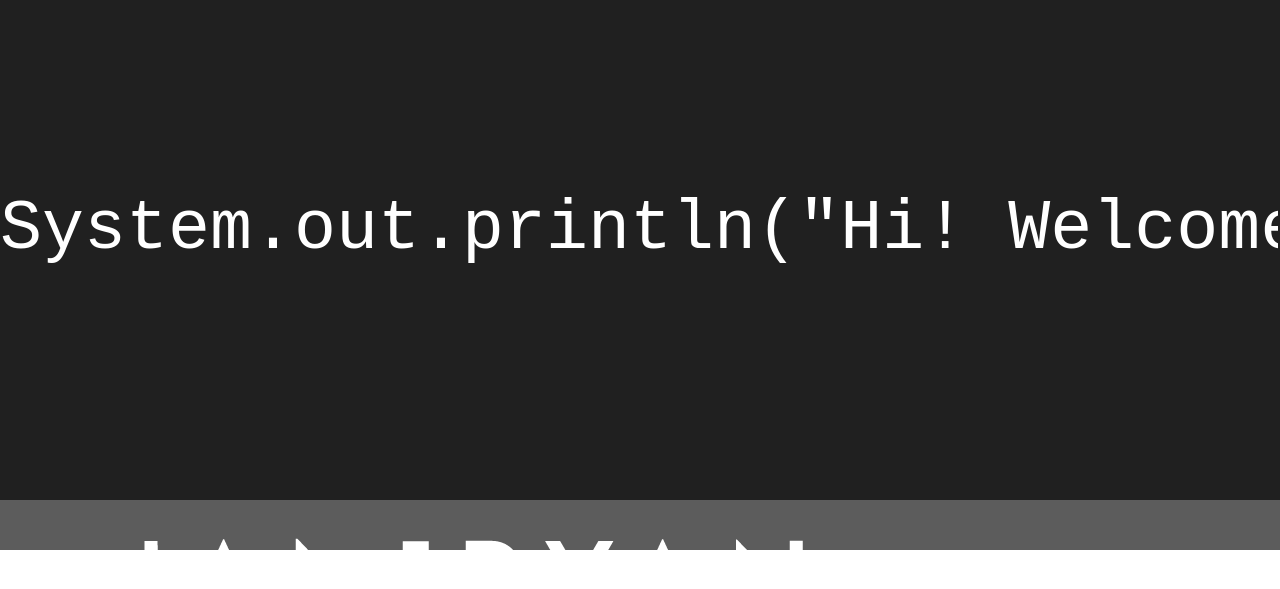
Repository: janry-gracia/Divinagracia_FinalProject
Page: Pages/storyofmylife.html
An editor plug-in stored every save of this project. The page is shown before and after the next save, followed by the edit.
The browser window is 1280 px wide. The pictures show the whole page.

Above is the page before, as saved 2021-05-18 00:09:41.
Console error: TypeError: Cannot read properties of null (reading 'addEventListener')

### Pages/storyofmylife.html
<!DOCTYPE html>
<html lang="en">
<head>
    <meta charset="UTF-8">
    <meta http-equiv="X-UA-Compatible" content="IE=edge">
    <meta name="viewport" content="width=device-width, initial-scale=1.0">
    <title>Story of My Life</title>
    <link rel="stylesheet" href="/css/bootstrap.css">
    <link rel="stylesheet" href="/css/storyofmylife.css">
</head>
<body>

    <div class="container-fluid ">

        <div class="container-fluid message">
            <p class="message typewriter">System.out.println("Hi! Welcome to my LIFE.")</p>
        </div>

        <nav class="nav navbar-expand-md position-sticky">
            <div class="container-fluid">
                <a href="#" class="navbar-brand"><img src="/Pictures/logo.png" alt="Picture of My logo"></a>
            </div>
        </nav>




    </div>


    <script src ="/js/jquery-3.6.0.min.js"></script>
    <script src="/js/bootstrap.js"></script>
    <script src="/js/script.js"></script>

</body>
</html>

### css/storyofmylife.css
@import url('https://fonts.googleapis.com/css2?family=Fira+Code:wght@300;400;500&display=swap');

*{
    padding: 0;
    margin: 0;
    box-sizing: border-box;
}

html, body{
    height: 100%;
    width: 100%;
    overflow: hidden;

}

.container-fluid{
    padding: 0;
    margin: 0;
    box-sizing: border-box;
}

div.message{
    height: 500px;
    background-color: rgb(32, 32, 32);
    text-align: center;

}

p.message{
    margin-top: 180px;
    font-family: 'Fire Code', monospace;
    font-size: 5em;
    font-weight: 200;
    color: white;
    border-right: solid 2px rgb(255, 255, 255);
    white-space: nowrap;
    overflow: hidden;
    animation: animated-text 4s steps(45,end) 1s 1 normal both ,
               animated-cursor 1000ms steps(45,end) infinite alternate;
}

.nav{
    background-color: rgb(92, 92, 92);
}



  /* Animation */
  @keyframes animated-text{
    from{width: 0%;}
    to{width: 100%;}
  }

  /* cursor animations */

  @keyframes animated-cursor{
    from{border-right-color: rgb(255, 255, 255);}
    to{border-right-color: transparent;}
  }

### js/script.js
let btn1= document.querySelector(".box1");
let btn2 = document.querySelector(".box2");
let text = document.querySelector(".greeting");
let frontpage = document.querySelector(".frontpage");
let secondpage = document.querySelector(".secondpage");
let button = document.querySelector(".button");
let logo = document.querySelector(".logo");



btn1.addEventListener("click", function() {
    btn1.classList.add("box1transition");
    btn1.style.transition = "transform 3s";
    btn2.classList.add("box2transition");
    btn2.style.transition = "transform 3s";
    text.style.animationName = "hidecontent";

    setTimeout(function () {
        window.open('Pages/backpage.html', '_self');
    }, 2500);

});


btn2.addEventListener("click", function() {
    btn1.classList.add("box1transition");
    btn1.style.transition = "transform 3s";
    btn2.classList.add("box2transition");
    btn2.style.transition = "transform 3s";
    text.style.animationName = "hidecontent";
    setTimeout(function () {
        window.open('Pages/backpage.html', '_self');
    }, 2500);

});


text.addEventListener("click", function() {
    btn1.classList.add("box1transition");
    btn1.style.transition = "transform 3s";
    btn2.classList.add("box2transition");
    btn2.style.transition = "transform 3s";
    text.style.animationName = "hidecontent";
    setTimeout(function () {
        window.open('Pages/backpage.html', '_self');
    }, 2500);

});

Loaded but not shown: css/bootstrap.css (library); js/jquery-3.6.0.min.js (library); js/bootstrap.js (library)

After the next save:
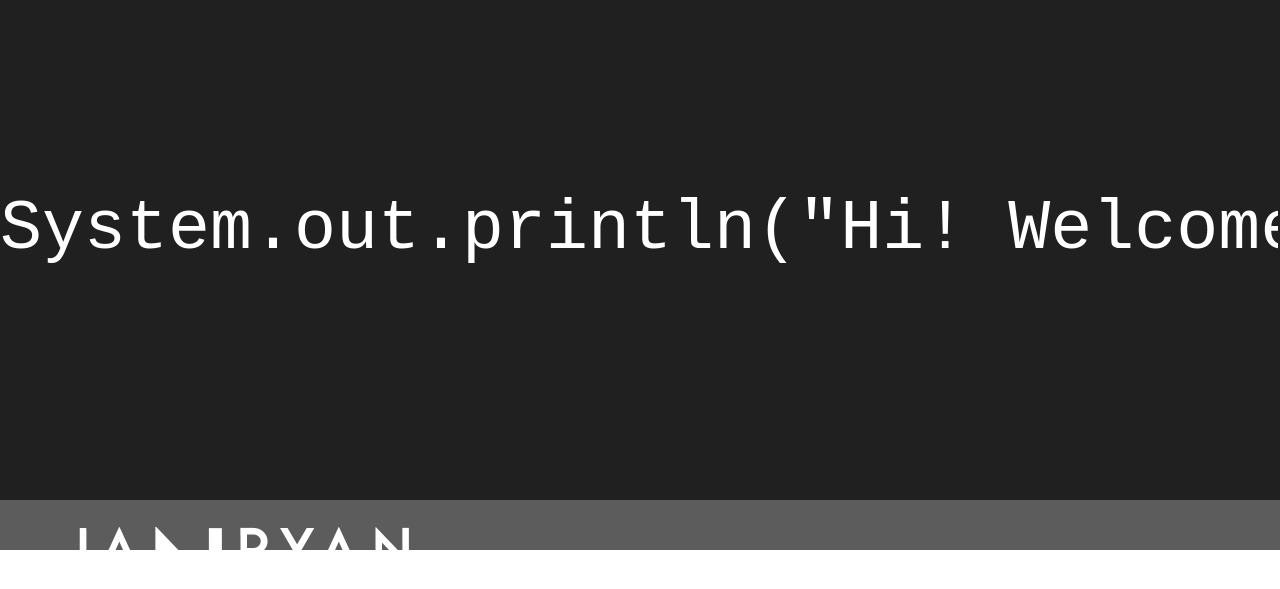
Saved 17 min 21 s later.
--- a/Pages/storyofmylife.html
+++ b/Pages/storyofmylife.html
@@ -18,7 +18,7 @@
 
         <nav class="nav navbar-expand-md position-sticky">
             <div class="container-fluid">
-                <a href="#" class="navbar-brand"><img src="/Pictures/logo.png" alt="Picture of My logo"></a>
+                <a href="#" class="navbar-brand"><img src="/Pictures/logo.png" alt="Picture of My logo" width="500"></a>
             </div>
         </nav>
 
